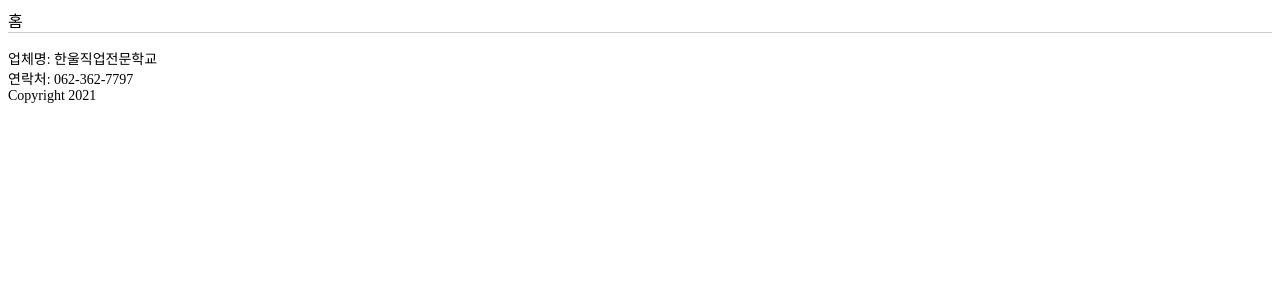
Repository: JSY93/spring-web
Page: http://localhost/iot/
The author's editor kept a copy of each file at every save. The page is drawn from the files as they stood at one save, then again after the next save.
The browser window is 1280 px wide. The pictures show the whole page.
The page is served by Tomcat 9. Other server files are loaded and not shown.

Above is the page before, as saved 2021-01-06 06:50:30.

### Study_Spring/iot/src/main/webapp/WEB-INF/views/home.jsp
<%@ taglib uri="http://java.sun.com/jsp/jstl/core" prefix="c" %>
<%@ page language="java" contentType="text/html; charset=UTF-8"
    pageEncoding="UTF-8"%>
<html>
<head>
	<title>Home</title>
</head>
<body>

<div id='content'>
홈
</div>

<jsp:include page="/WEB-INF/views/include/footer.jsp" />
</body>
</html>

### Study_Spring/iot/src/main/webapp/WEB-INF/views/include/footer.jsp
<%@ page language="java" contentType="text/html; charset=UTF-8"
    pageEncoding="UTF-8"%>
<footer style='font-size:14px; border-top:1px solid #ccc; padding:15px 0;'>
	<div>업체명: 한울직업전문학교</div>
	<div>연락처: 062-362-7797</div>
	<div>Copyright 2021</div>
</footer>

### Study_Spring/iot/src/main/webapp/WEB-INF/views/include/header.jsp
<%@ page language="java" contentType="text/html; charset=UTF-8"
    pageEncoding="UTF-8"%>
<header style='border-bottom:1px solid #ccc; padding:15px 0;'>
	<div style=''>
	<ul>
		<li>고객관리</li>
		<li>공지사항</li>
		<li>방명록</li>
		<li>공공데이터</li>
	</ul>
	</div>
</header>

After the next save:
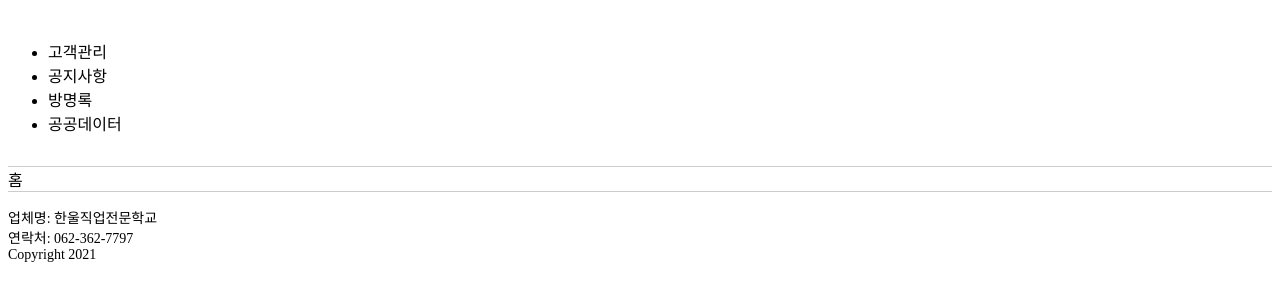
Saved 19 s later.
--- a/Study_Spring/iot/src/main/webapp/WEB-INF/views/home.jsp
+++ b/Study_Spring/iot/src/main/webapp/WEB-INF/views/home.jsp
@@ -6,6 +6,7 @@
 	<title>Home</title>
 </head>
 <body>
+<jsp:include page="/WEB-INF/views/include/header.jsp" />
 
 <div id='content'>
 홈
